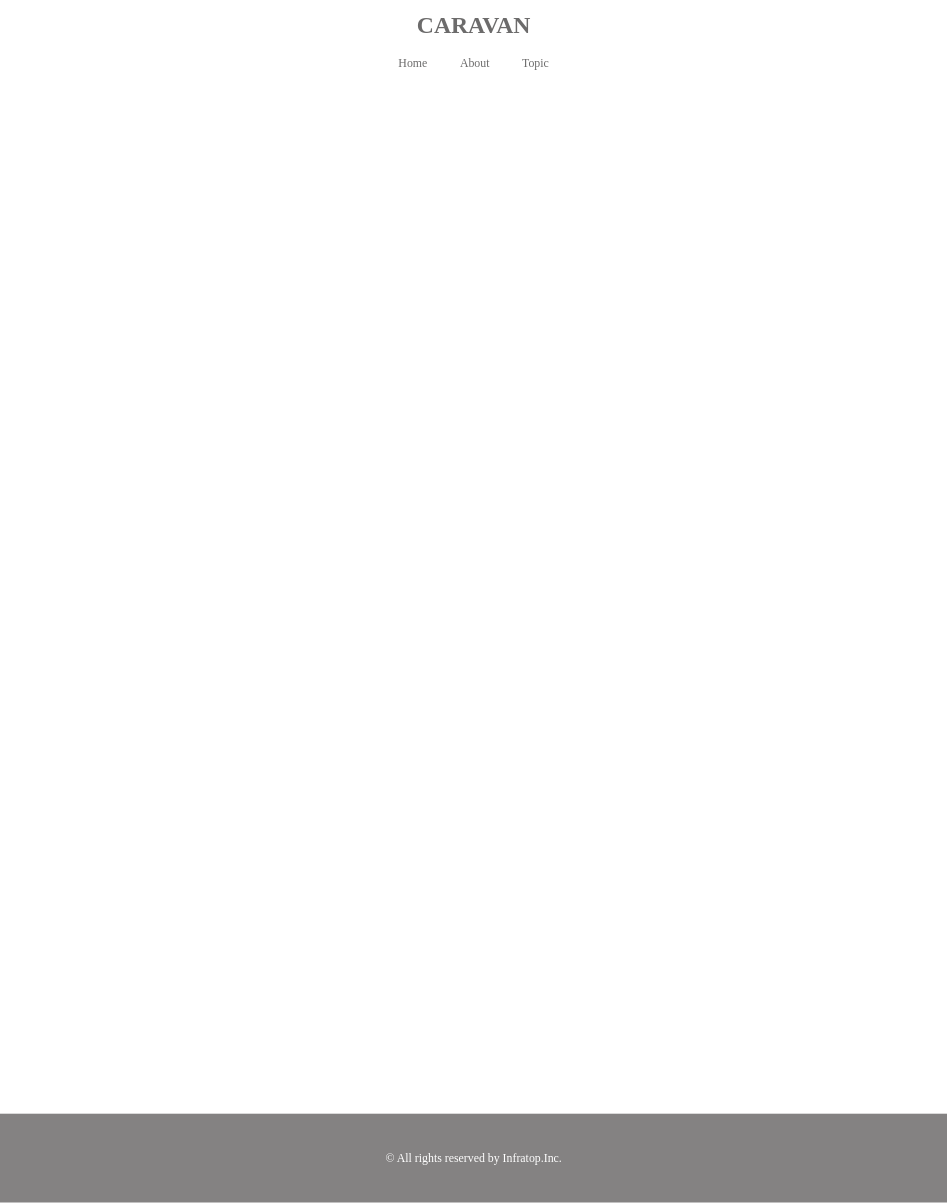
Repository: mitoma99/task4
Page: caravan/index.html
The author's editor kept a record of every edit. The page is drawn from the files as they stood at one moment, then again after the next edit.
The browser window is 1280 px wide. The pictures show the whole page, at 74% of full size.

Above is the page before.

After the next edit:
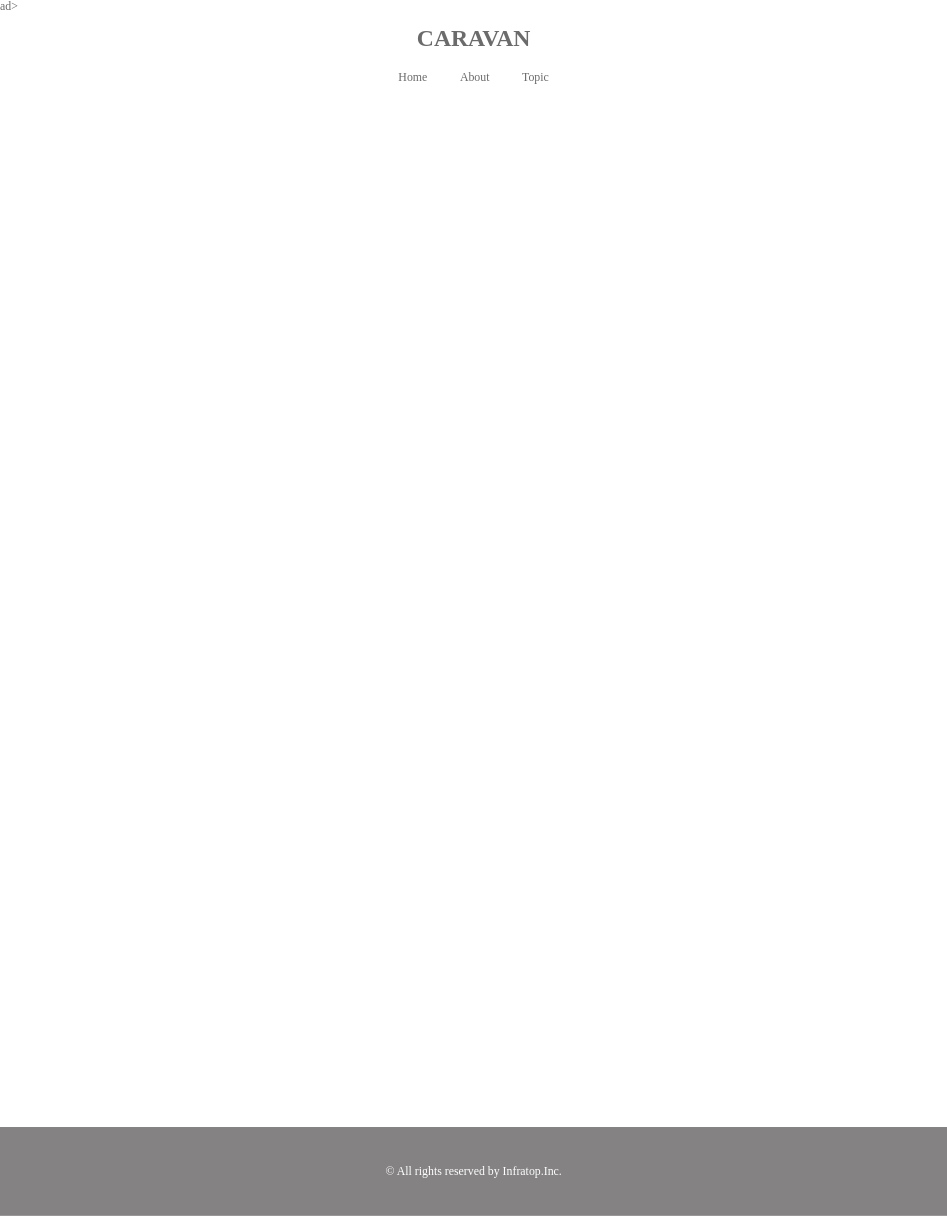
The edit:
--- a/caravan/index.html
+++ b/caravan/index.html
@@ -4,7 +4,8 @@
     <meta charset="UTF-8"/>
     <link rel="stylesheet" href="style.css"/>
     <title>CARAVAN</title>
-  </hrad>
+  </<head>
+  </head>ad>
 
 
 <body>

After the 2 edits that followed:
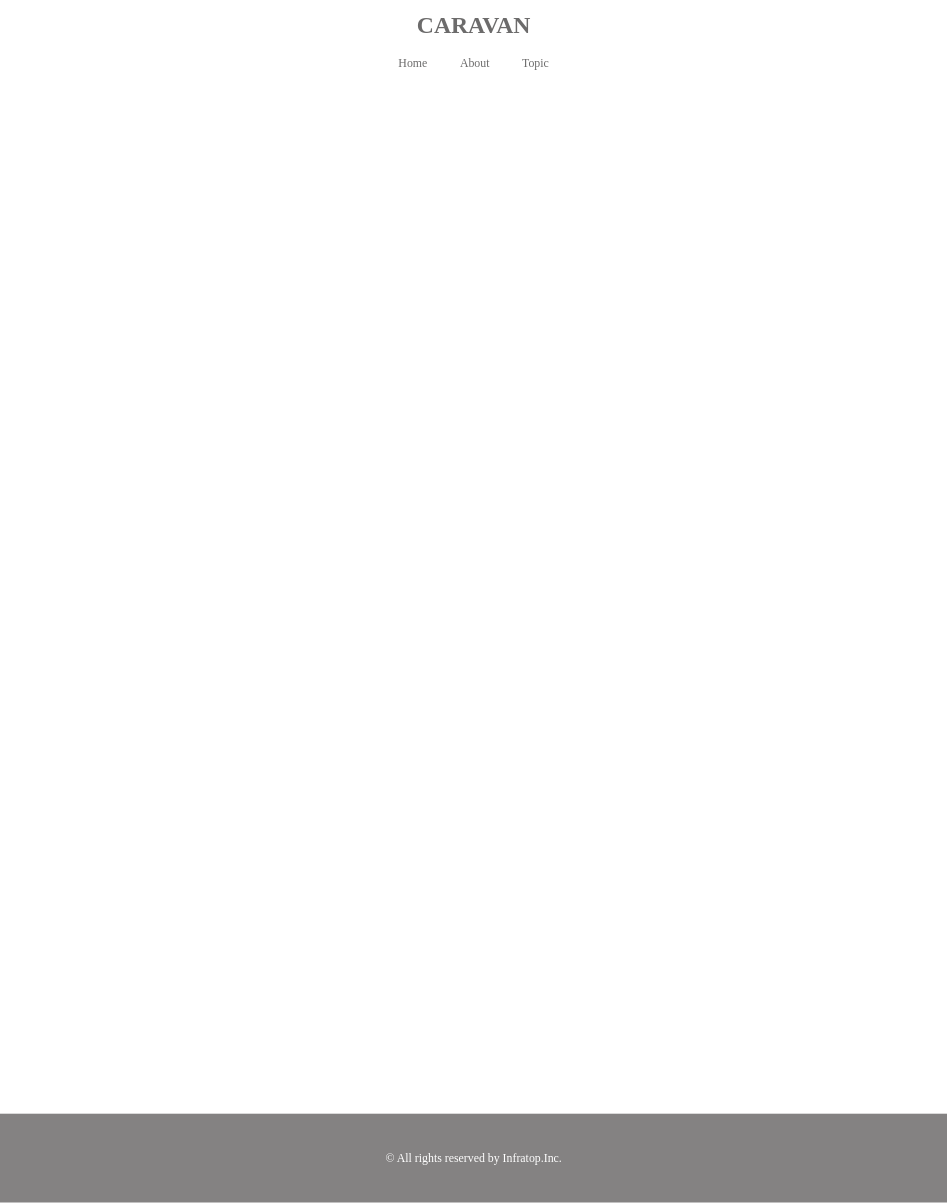
The 2 edits are shown as one change because 1 left the picture as it was.
The edit:
--- a/caravan/index.html
+++ b/caravan/index.html
@@ -1,11 +1,11 @@
 <!DOCTYPE html>
 <html lang="ja">
-  <hrad>
+  <head>
     <meta charset="UTF-8"/>
     <link rel="stylesheet" href="style.css"/>
     <title>CARAVAN</title>
-  </<head>
-  </head>ad>
+  </head>
+
 
 
 <body>
